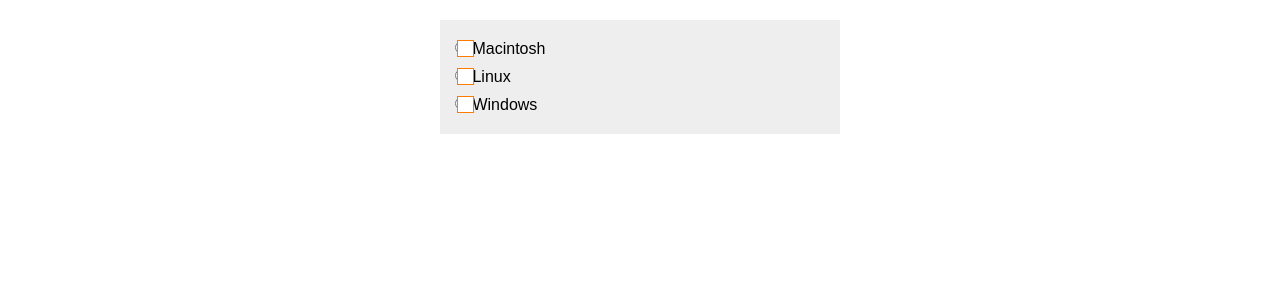
Repository: sayco/CSS-Front-End-Tutorials---Elzero
Page: 1-Customize Radio Input/index.html
The author's editor kept a copy of each file at every save. The page is drawn from the files as they stood at one save, then again after a run of saves.
The browser window is 1280 px wide. The pictures show the whole page.

Above is the page before, as saved 2021-06-13 12:49:21.

After the next 2 saves:
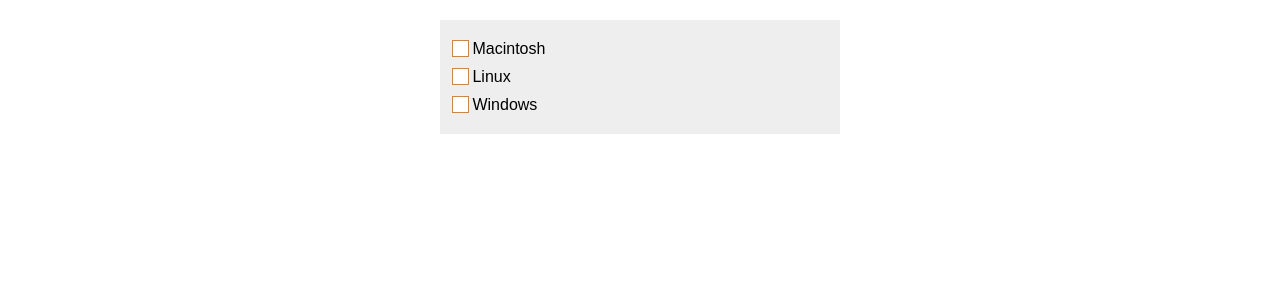
The 2 saves are shown as one change because they came seconds apart.
The last was saved 21 s later.
--- a/1-Customize Radio Input/style.css
+++ b/1-Customize Radio Input/style.css
@@ -35,7 +35,7 @@
     background-color: #fff;
     border: 1px solid rgb(255, 123, 0);
     position: absolute;
-    left: -15px;
+    left: -20px;
 }
 
 form input[type="radio"] + label
